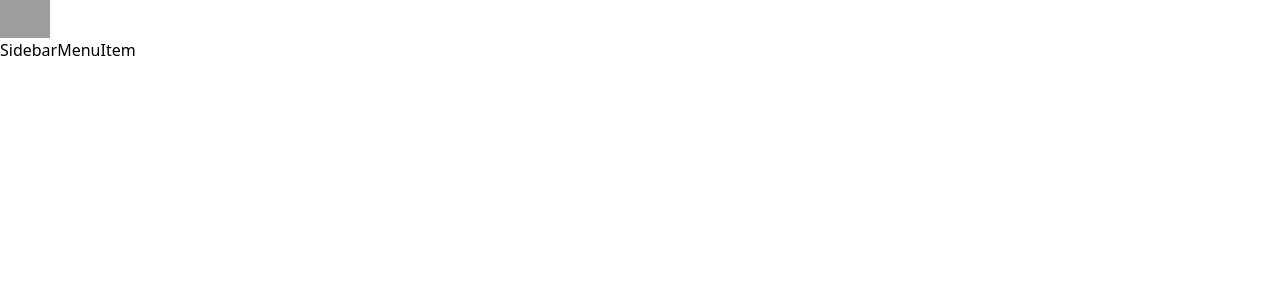
Repository: Yashashwinidutt/twitter
Page: /
The author's editor kept a copy of each file at every save. The page is drawn from the files as they stood at one save, then again after the next save.
The browser window is 1280 px wide. The pictures show the whole page.
Pictures or frames that could not be fetched are drawn as grey boxes. The project was rebuilt for these pictures with package versions that can differ from the ones it lists, and the page was loaded fresh each time. The framework's server and built-in components were replaced by stand-ins that run in the browser. Also part of the build but not shown: next.config.js.

Above is the page before, as saved 2023-02-27 11:55:59.

### pages/_app.js
import '@/component/component/styles/globals.css'

export default function App({ Component, pageProps }) {
  return <Component {...pageProps} />
}

### pages/index.js
import Head from 'next/head'
import Sidebar from '../components/Sidebar'

export default function Home() {
  return (
    <div>
      <Head>
        <title>Twitter Clone</title>
        <meta name="description" content="Generated by create next app" />
        <meta name="viewport" content="width=device-width, initial-scale=1" />
        <link rel="icon" href="/favicon.ico" />
      </Head>

      <main>

        {/*Sidebar*/}
        <Sidebar/>

        {/*Feed*/}

        {/*Widgets*/}

        {/*Modal*/}

      </main>

    </div>
  )
}

### components/Sidebar.js
import Image from "next/image";
import SidebarMenuItem from "./SidebarMenuItem";
import {HomeIcon} from "@heroicons/react/solid";
export default function Sidebar() {
  return (
    <div>
        {/*Twitter logo*/}
        <div className="">
          <Image width="50" height="50" src="https://upload.wikimedia.org/wikipedia/commons/thumb/4/4f/Twitter-logo.svg/800px-Twitter-logo.svg.png" alt="error"></Image>
        </div>
        {/*Menu*/}
        <div className="">
          <SidebarMenuItem  text="Home" Icon={HomeIcon}/>
        </div>

        {/*Button*/}

        {/*Mini-Profile*/}
    </div>
  )
}

### components/SidebarMenuItem.js

export default function SidebarMenuItem({text, Icon}) {
  return (
    <div>SidebarMenuItem</div>
  )
}

Loaded but not shown: pages/_document.js (common file); styles/globals.css (common file); tailwind.config.js (common file)

After the next save:
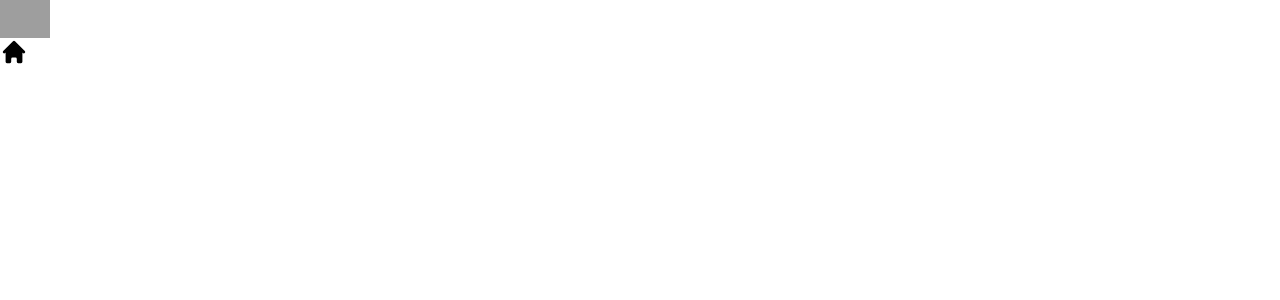
Saved 81 s later.
--- a/components/SidebarMenuItem.js
+++ b/components/SidebarMenuItem.js
@@ -1,6 +1,8 @@
 
 export default function SidebarMenuItem({text, Icon}) {
   return (
-    <div>SidebarMenuItem</div>
+    <div>
+        <Icon className="h-7"/>
+    </div>
   )
 }
